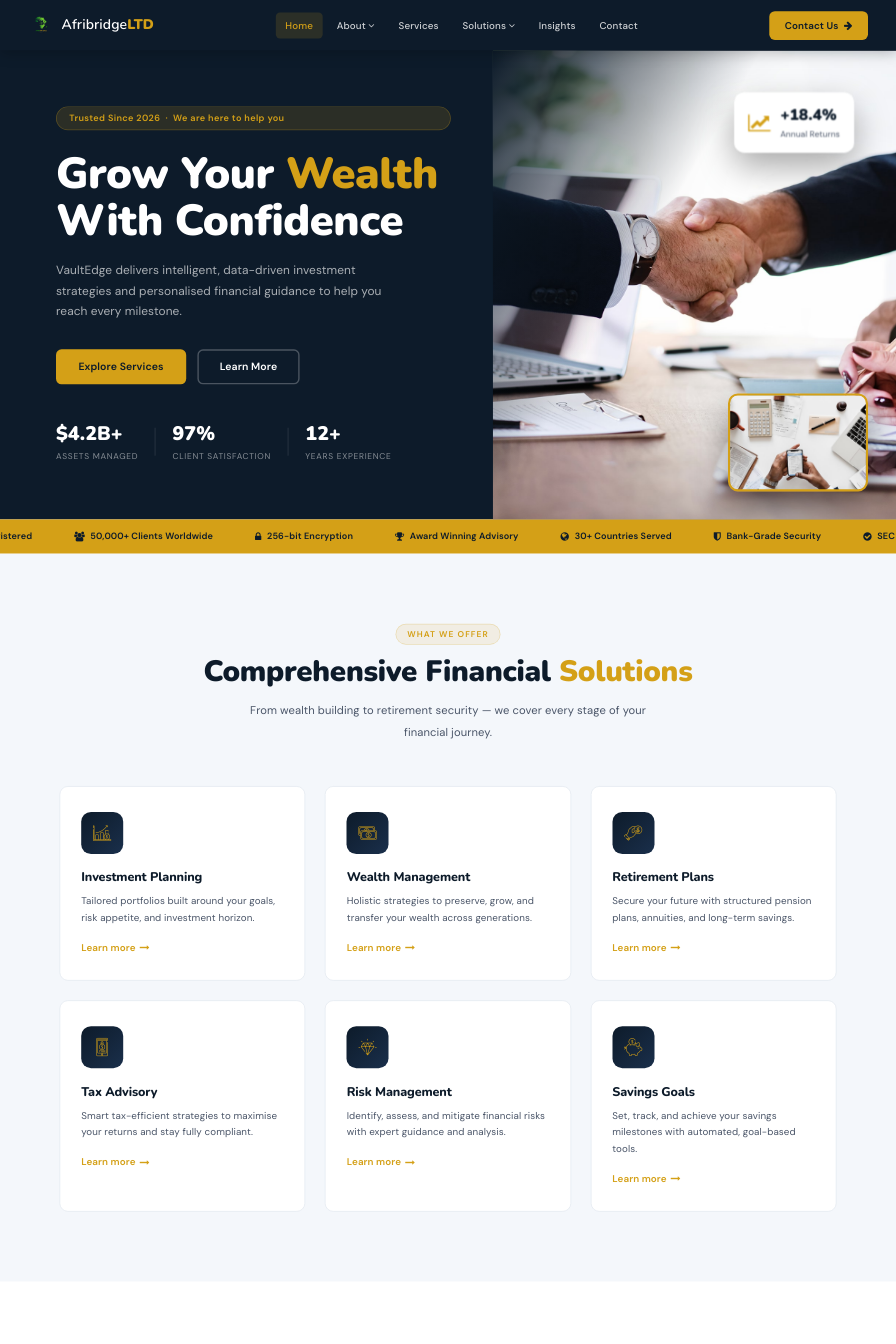
Repository: monk63/afribridgeltd
Page: afribridgeltd/index.html
An editor plug-in stored every save of this project. The page is shown before and after the next save, followed by the edit.
The browser window is 1280 px wide. The pictures show the part of the page from y = 0 to 1920 px (the page is 5448 px tall before and 5516 px after), at 70% of full size.
Some web fonts or font styles are not loaded; a fallback is used.

Above is the page before, as saved 2026-04-02 18:25:41.
Console error: RangeError: Maximum call stack size exceeded

After the next save:
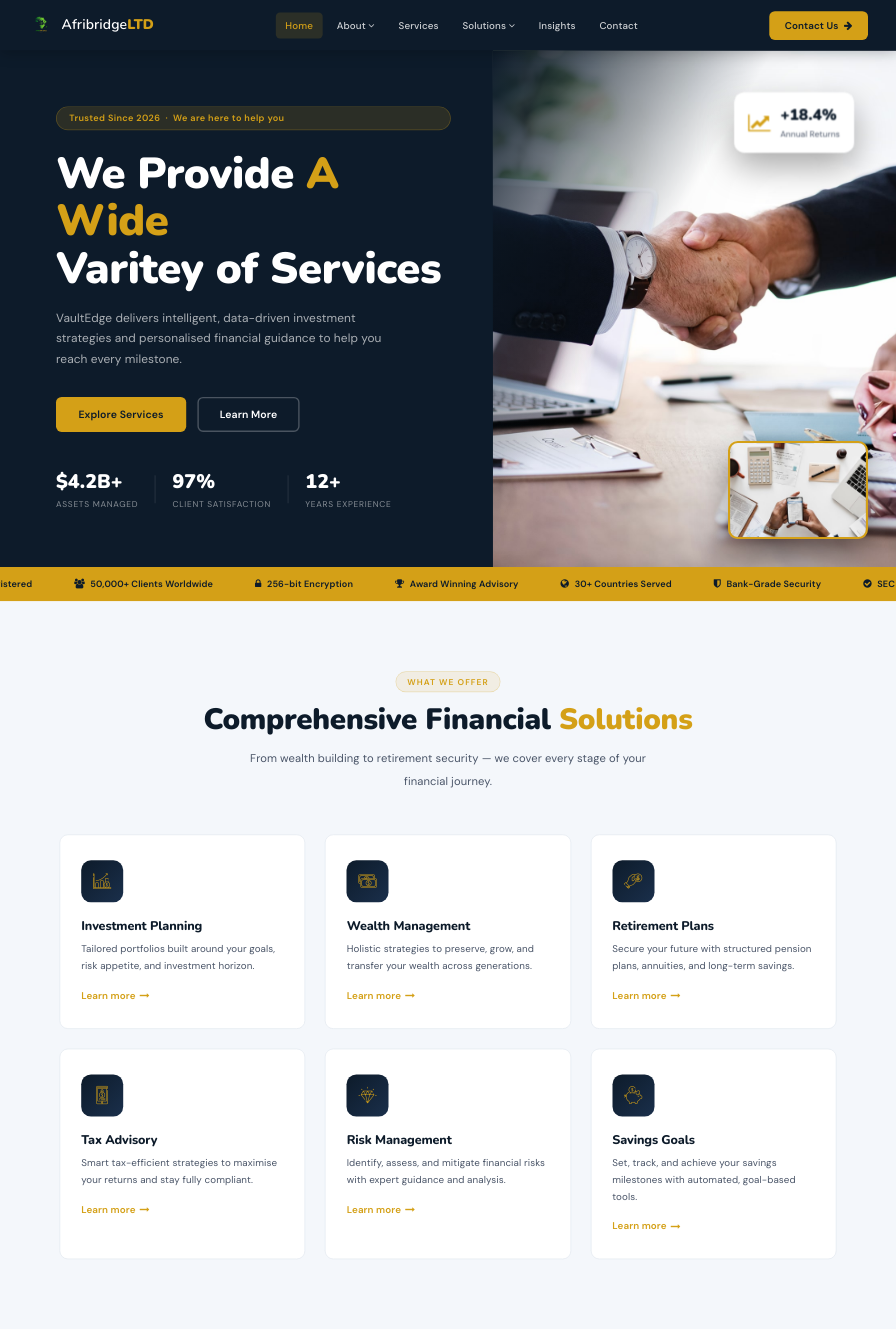
Saved 62 s later.
--- a/afribridgeltd/index.html
+++ b/afribridgeltd/index.html
@@ -87,7 +87,7 @@
         <!-- Left Panel -->
         <div class="ve-hero-left">
             <span class="ve-hero-badge">Trusted Since 2026 &nbsp;·&nbsp; We are here to help you</span>
-            <h1>Grow Your <span class="ve-highlight">Wealth</span><br>With Confidence</h1>
+            <h1>We Provide <span class="ve-highlight">A Wide</span><br>Varitey of Services</h1>
             <p>VaultEdge delivers intelligent, data-driven investment strategies and personalised financial guidance to help you reach every milestone.</p>
             <div class="ve-hero-btns">
                 <a href="services.html" class="ve-btn-primary">Explore Services</a>
